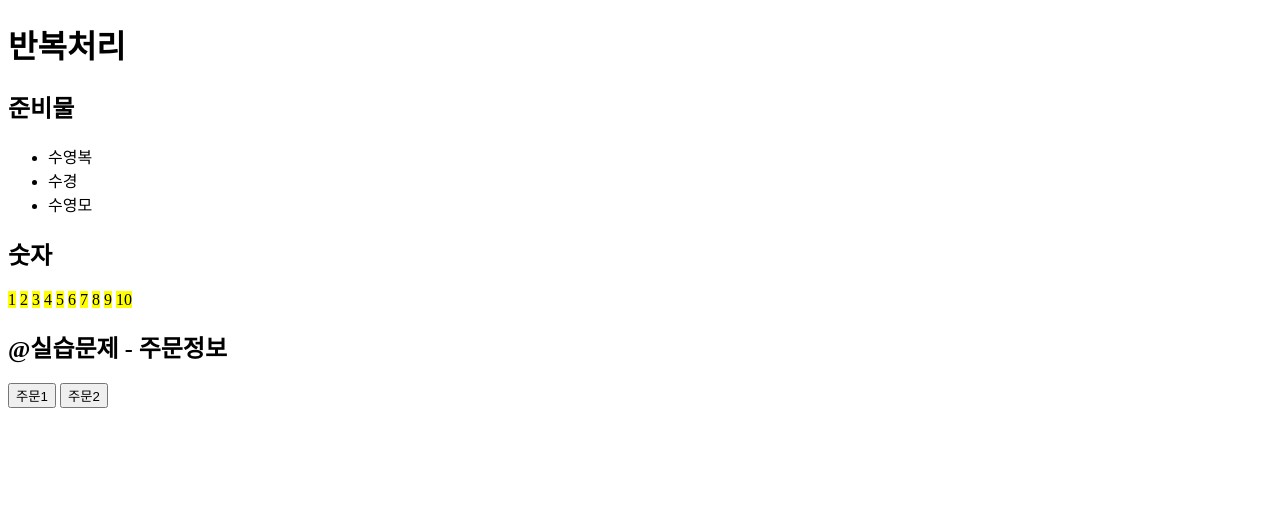
Repository: Sookyeong0505/web_server_workspace
Page: http://localhost/hello-web/jsp/loop.jsp
An editor plug-in stored every save of this project. The page is shown before and after the next save, followed by the edit.
The browser window is 1280 px wide. The pictures show the whole page.
The page is served by Tomcat 9. Other server files are loaded and not shown.

Above is the page before, as saved 2023-06-20 07:06:25.

### hello-web/src/main/webapp/jsp/loop.jsp
<%@page import="java.util.List"%>
<%@page import="java.util.Arrays"%>
<%@ page language="java" contentType="text/html; charset=UTF-8"
    pageEncoding="UTF-8"%>
<%
	List<String> items = Arrays.asList("수영복", "수경", "수영모");
	int[] nums = {1, 2, 3, 4, 5, 6, 7, 8, 9, 10};
%>
<!DOCTYPE html>
<html>
<head>
<meta charset="UTF-8">
<title>반복처리</title>
</head>
<body>
	<h1>반복처리</h1>

	<h2>준비물</h2>
	<ul>
<%
	for(String item : items) {
%>
	<li><%= item %></li>
<%
	}
%>
	</ul>

	<h2>숫자</h2>
<%
	for(int num : nums){
%>
	<!-- for문 동안 반복된 html 구문 -->
	<mark><%= num %></mark>
<%
	}
%>

	<h2>@실습문제 - 주문정보</h2>
	<button onclick="location.href='/web/jsp/loop.jsp?no=123&prod=아이패드&option=빨강&option=256GB';">주문1</button>
	<button onclick="location.href='/web/jsp/loop.jsp?no=456&prod=설렁탕&option=다대기많이&option=곱빼기&option=당면사리';">주문2</button>

	<table>
		<tr>
			<th></th>
			<td></td>
		</tr>
	</table>



</body>
</html>

After the next save:
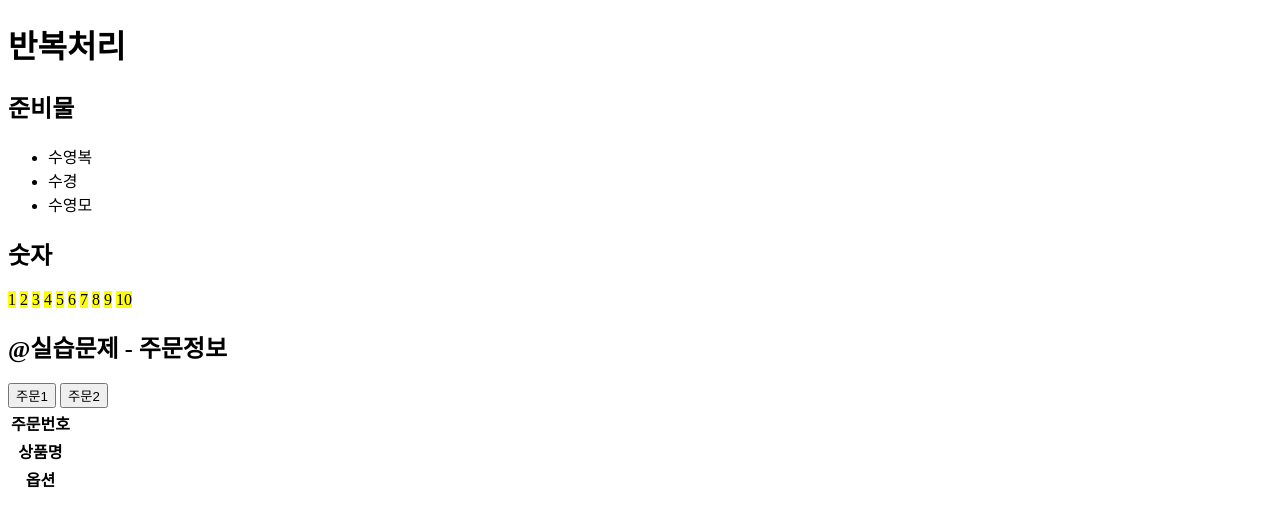
Saved 36 s later.
--- a/hello-web/src/main/webapp/jsp/loop.jsp
+++ b/hello-web/src/main/webapp/jsp/loop.jsp
@@ -42,7 +42,15 @@
 
 	<table>
 		<tr>
-			<th></th>
+			<th>주문번호</th>
+			<td></td>
+		</tr>
+		<tr>
+			<th>상품명</th>
+			<td></td>
+		</tr>
+		<tr>
+			<th>옵션</th>
 			<td></td>
 		</tr>
 	</table>
